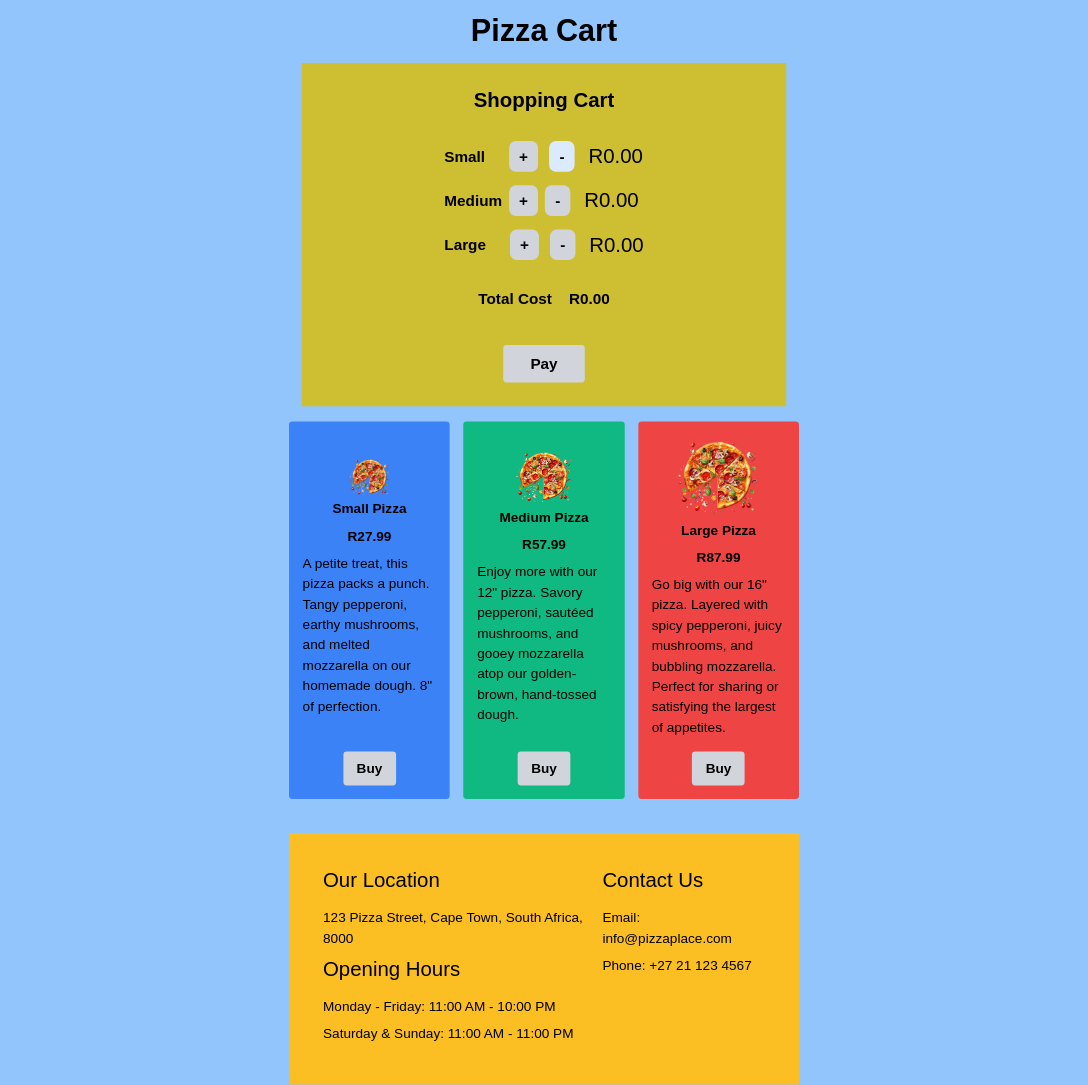
Repository: lasity34/pizza-cart-with-api
Page: index.html
An editor plug-in stored every save of this project. The page is shown before and after the next save, followed by the edit.
The browser window is 1280 px wide. The pictures show the whole page, at 85% of full size.
Some web fonts or font styles are not loaded; a fallback is used. Some web libraries are served in a nearby version.

Above is the page before, as saved 2023-07-13 08:47:27.

After the next save:
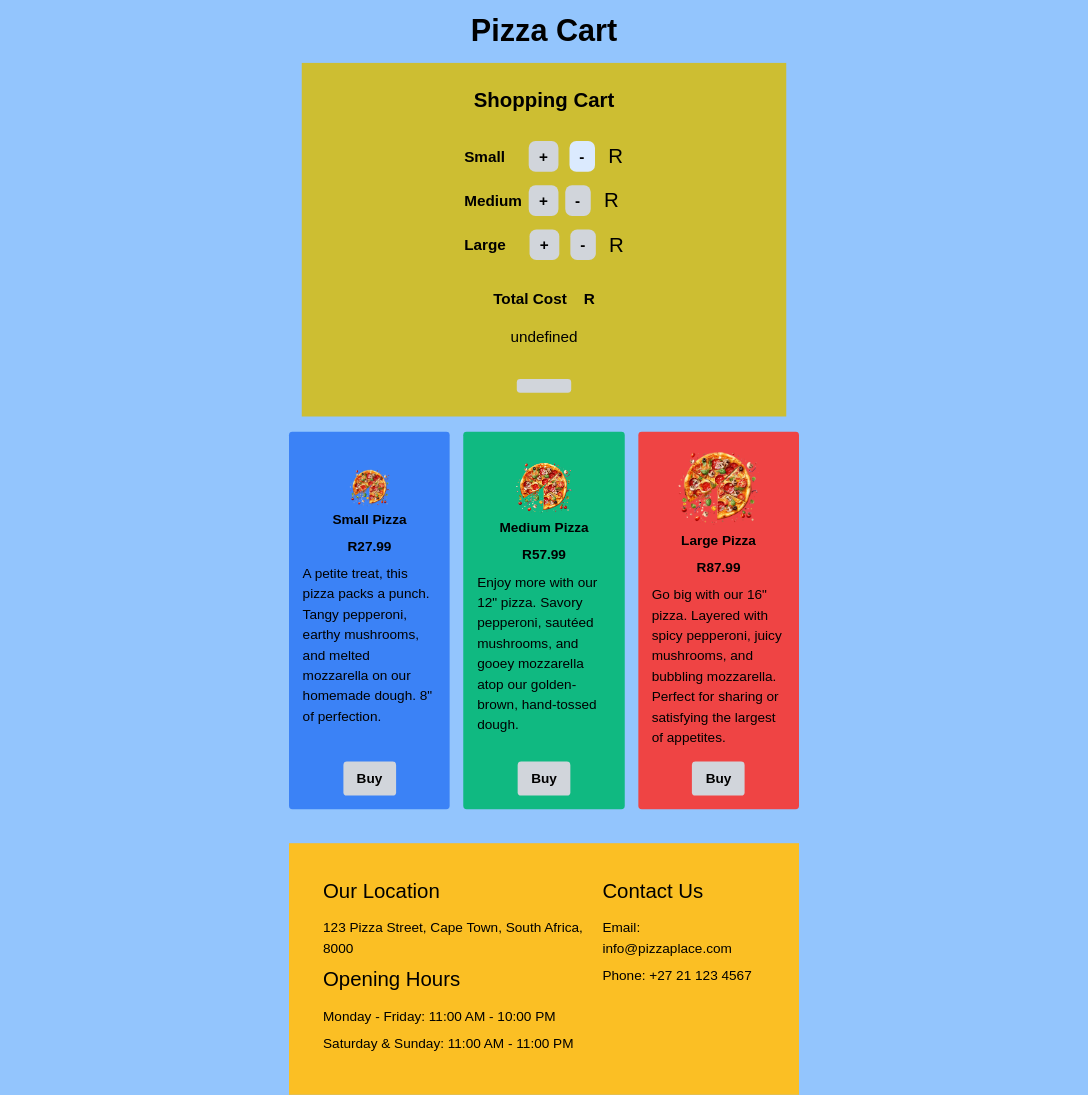
Console error: ReferenceError: cart is not defined
Saved 36 s later.
--- a/pizza.js
+++ b/pizza.js
@@ -1,4 +1,4 @@
-function cart() {
+function Pizzacart() {
     return {
       smallAmount: 0,
       mediumAmount: 0,

After the 2 saves that followed:
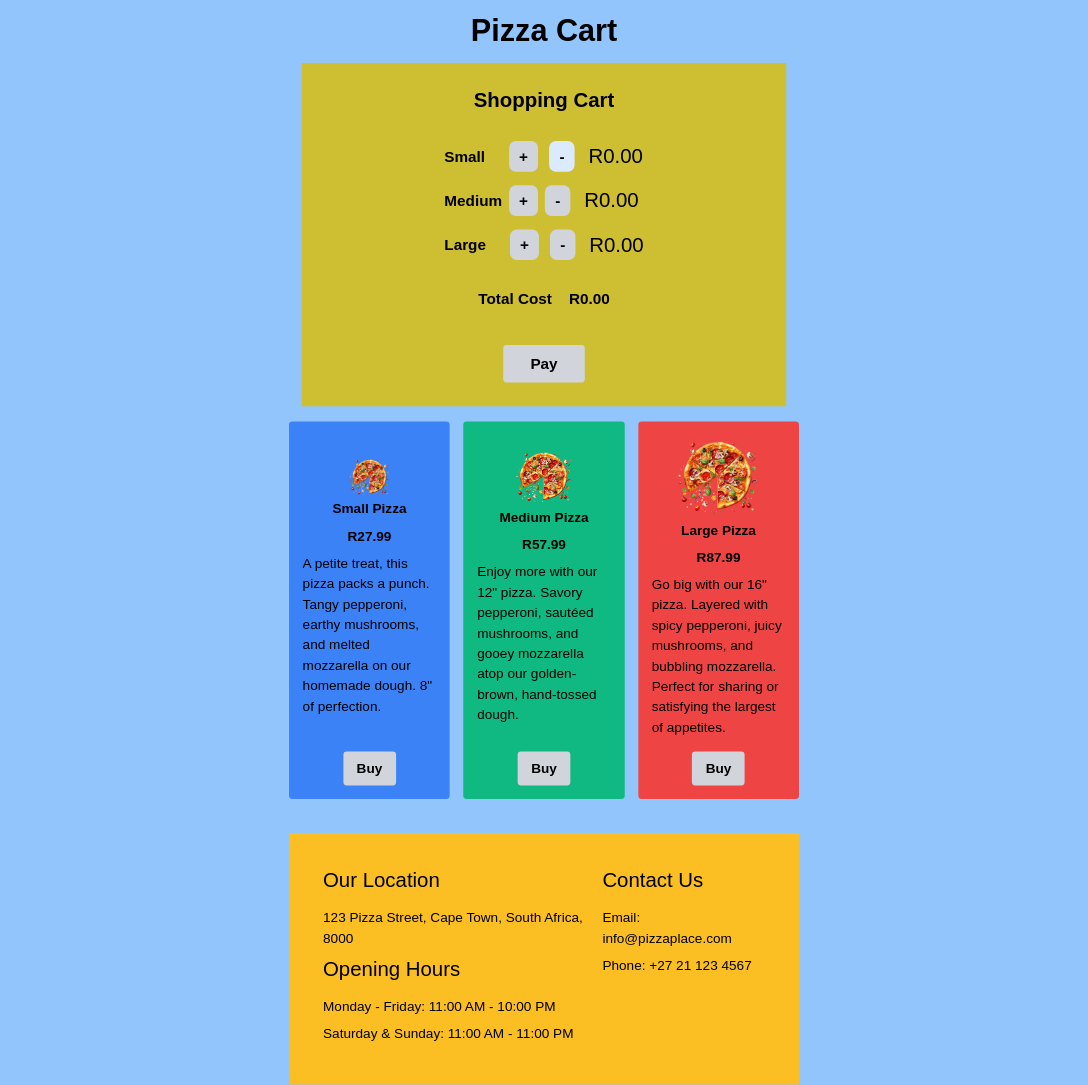
The error is gone.
The 2 saves are shown as one change because 1 left the picture as it was.
The last was saved 53 s later.
--- a/index.html
+++ b/index.html
@@ -15,7 +15,7 @@
 <link rel="preconnect" href="https://fonts.gstatic.com" crossorigin>
 <link href="https://fonts.googleapis.com/css2?family=Titillium+Web:ital@0;1&family=Tsukimi+Rounded:wght@300;400;500&display=swap" rel="stylesheet">
   </head>
-  <body x-data="cart" class="bg-blue-300" x-cloak>
+  <body x-data="pizzaCart" class="bg-blue-300" x-cloak>
     <section class="flex justify-center items-center">
       <h1 class="text-4xl pt-4 font-bold">Pizza Cart</h1>
     </section>
--- a/pizza.js
+++ b/pizza.js
@@ -1,4 +1,4 @@
-function Pizzacart() {
+function pizzaCart() {
     return {
       smallAmount: 0,
       mediumAmount: 0,
@@ -103,5 +103,5 @@
   }
 
   document.addEventListener("alpine:init", () => {
-    Alpine.data("cart", cart);
+    Alpine.data("pizzaCart", pizzaCart);
   });
